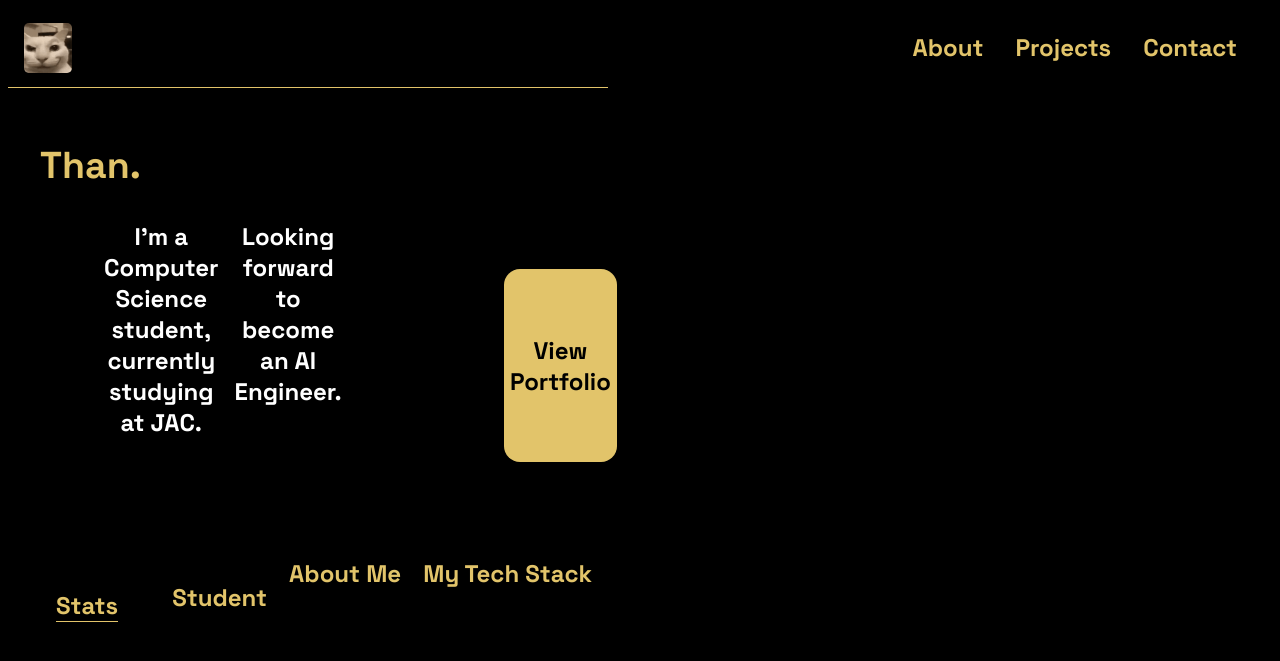
Repository: Than-dot/Than-dot
Page: index.html
These files come from the project's save history. The page is drawn as it stood at one moment and after the next save; the edit follows.
The browser window is 1280 px wide. The pictures show the whole page.

Above is the page before, as saved 2026-05-06 13:03:51.

### index.html
<!doctype html>
<html lang="en">
  <head>
    <meta charset="UTF-8" />
    <meta name="viewport" content="width=device-width, initial-scale=1.0" />
    <title>Than</title>
    <link rel="stylesheet" href="styles/global.css" />
    <link rel="stylesheet" href="styles/index.css" />
  </head>

  <body>
    <header>
      <nav>
        <img src="./assets/images/uncanny-cat-freaky.png" alt="cat" />
        <ul class="nav-center">
          <li>About</li>
          <li>Projects</li>
          <li>Contact</li>
        </ul>
      </nav>
    </header>
    <main>
      <section class="container1">
        <article class="f-art"><h1>Than.</h1></article>
        <aside class="f-asi">
          <p>I'm a Computer Science student, currently studying at JAC.</p>
          <p>Looking forward to become an AI Engineer.</p>
          <button>View Portfolio</button>
        </aside>
      </section>
    </main>
    <section class="container2">
      <article class="stats">Stats</article>
      <p>Student</p>

      <aside class="s-asi">About Me</aside>
      <article class="s-art">My Tech Stack</article>
    </section>
  </body>
</html>

### styles/global.css
@font-face {
  font-family: Space-Grotesk;
  src: url(/assets/font/Space_Grotesk/SpaceGrotesk-VariableFont_wght.ttf);
}

body {
  font-family: Space-Grotesk, sans-serif;
  font-weight: bold;
  font-size: 1.5rem;
}

button {
  font-family: Space-Grotesk, sans-serif;
  font-weight: bold;
  font-size: 1.5rem;
}

.f-art {
  font-size: 2rem;
}

### styles/index.css
body {
  width: 100%;
  max-width: 600px;
  background-color: black;
  color: #e2c46a;
}
.container1 {
  display: flex;
  flex-direction: column;
}

.f-art {
  margin: 2rem;
  margin-top: 1rem;
}

.f-asi {
  display: grid;
  margin-top: 0;
  justify-content: space-between;
}

.container1 p {
  margin: 0;
  margin-bottom: 1.5rem;
  margin-left: 1rem;
  color: white;
}

.stats {
  text-align: center;
  margin: 2rem;
  border-bottom: 1px solid #e2c46a;
}

p {
  text-align: center;
}

.s-art {
  text-align: center;
}

.s-asi {
  text-align: center;
}

button {
  border-radius: 16px;
  border: none;
  max-width: 10rem;
  margin-left: 36.9%;
  margin-top: 3rem;
  background-color: #e2c46a;
}

img {
  height: 50px;
  width: auto;
  margin-left: 1rem;
  border-radius: 10%;
}

.nav-center {
  display: flex;
  gap: 32px;
  list-style: none;
  margin-left: 10rem;
}

nav {
  align-items: center;
  display: flex;
  border-bottom: 1px solid #e2c46a;
}

h1 {
  margin-bottom: 0;
}

@media screen and (min-width: 700px) {
  body {
    width: 100%;
  }
  .nav-center {
    display: flex;
    gap: 32px;
    list-style: none;
    margin-left: 50rem;
  }
  .f-asi {
    display: grid;
    margin-top: 0;
    justify-content: space-between;
  }
  .f-asi {
    display: flex;
    margin: 5rem;
    margin-top: 0;
    justify-content: space-between;
  }
  .container2 {
    display: flex;
    flex-direction: row;
    justify-content: space-between;
    margin: 1rem;
  }
}

After the next save:
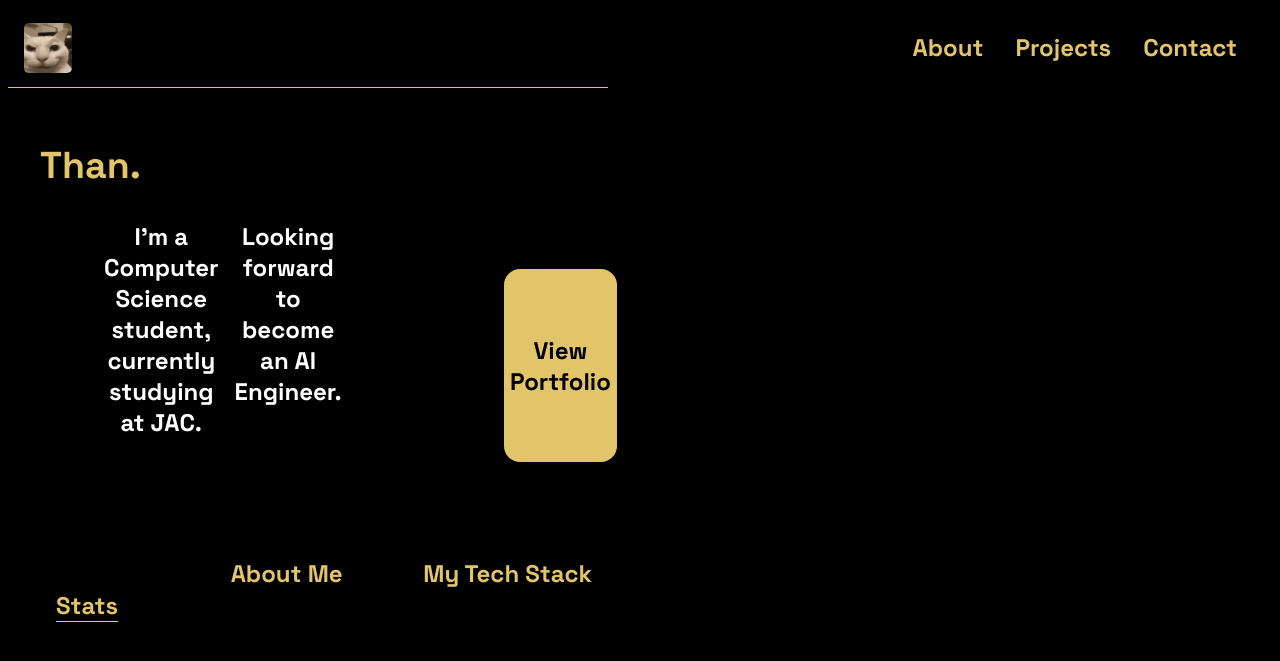
Saved 12 s later.
--- a/index.html
+++ b/index.html
@@ -31,8 +31,6 @@
     </main>
     <section class="container2">
       <article class="stats">Stats</article>
-      <p>Student</p>
-
       <aside class="s-asi">About Me</aside>
       <article class="s-art">My Tech Stack</article>
     </section>
